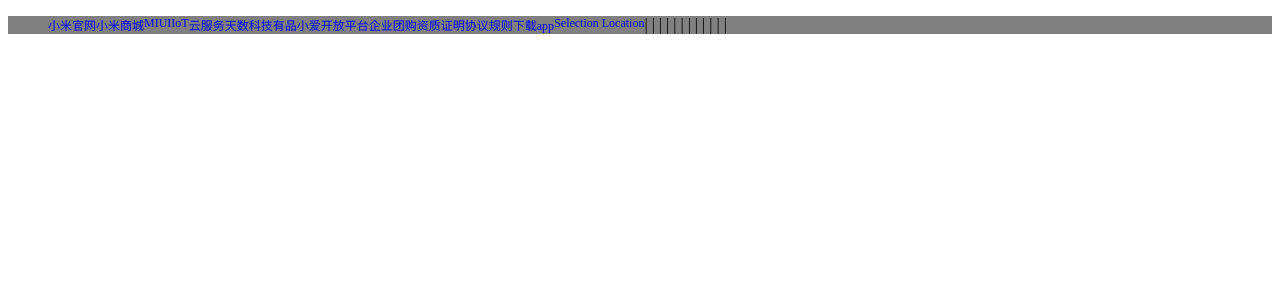
Repository: MonoYan/Mi-Homepage
Page: index.html
An editor plug-in stored every save of this project. The page is shown before and after a run of saves, followed by the edit.
The browser window is 1280 px wide. The pictures show the whole page.

Above is the page before, as saved 2022-11-22 16:25:29.

### index.html
<!DOCTYPE html>
<html lang="en">
<head>
    <meta charset="UTF-8">
    <meta http-equiv="X-UA-Compatible" content="IE=edge">
    <meta name="viewport" content="width=device-width, initial-scale=1.0">
    <link rel="stylesheet" type="text/css" href="/css/style.css">
    <title>
        小米商城 - Xiaomi 12、Redmi K50、MIX FOLD，小米电视官方网站
    </title>
</head>
<body>
    <!-- 黑色导航栏 -->
    <div class="container">
        <div class="topbar-nav">
            <ul>
                <li><a class="no-decoration" href="#">小米官网</a></li>
                <li></li><span class="sep">|</span>
                <li><a class="no-decoration" href="#">小米商城</a></li>
                <span class="sep">|</span>
                <li><a class="no-decoration" href="#">MIUI</a></li>
                <span class="sep">|</span>
                <li><a class="no-decoration" href="#">IoT</a></li>
                <span class="sep">|</span>
                <li><a class="no-decoration" href="#">云服务</a></li>
                <span class="sep">|</span>
                <li><a class="no-decoration" href="#">天数科技</a></li>
                <span class="sep">|</span>
                <li><a class="no-decoration" href="#">有品</a></li>
                <span class="sep">|</span>
                <li><a class="no-decoration" href="#">小爱开放平台</a></li>
                <span class="sep">|</span>
                <li><a class="no-decoration" href="#">企业团购</a></li>
                <span class="sep">|</span>
                <li><a class="no-decoration" href="#">资质证明</a></li>
                <span class="sep">|</span>
                <li><a class="no-decoration" href="#">协议规则</a></li>
                <span class="sep">|</span>
                <li><a class="no-decoration" href="#">下载app</a></li>
                <span class="sep">|</span>
                <li><a class="no-decoration" href="#">Selection Location</a></li>
            </ul>
        </div>

    </div>
    <!-- 站内导航 -->
    <nav>

    </nav>
    <!-- 轮播 -->
    <div>

    </div>
    <!-- 轮播下面的四个导航 -->
    <div>

    </div>
    <div>

    </div>
    <!-- main page -->
    <div>

    </div>
    <!-- footer-sever -->
    <div>

    </div>
    <!-- footer-link -->
    <div>

    </div>
    <footer>

    </footer>
</body>
</html>

### css/style.css
.topbar-nav li{
    list-style: none;
    float:left;
    font-family:'Times New Roman', Times, serif;
    font-size: 12px;
    color: #b0b0b0;

}
.no-decoration
{
    text-decoration: none;
}
.container
{
    background-color: gray;
}

After the next 2 saves:
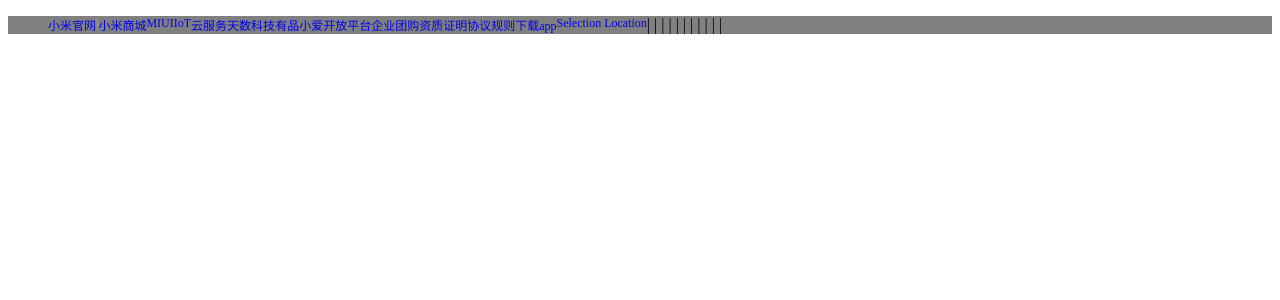
The 2 saves are shown as one change because they came seconds apart.
The last was saved 8 s later.
--- a/index.html
+++ b/index.html
@@ -15,7 +15,7 @@
         <div class="topbar-nav">
             <ul>
                 <li><a class="no-decoration" href="#">小米官网</a></li>
-                <li></li><span class="sep">|</span>
+                <li><span class="sep">|</span></li>
                 <li><a class="no-decoration" href="#">小米商城</a></li>
                 <span class="sep">|</span>
                 <li><a class="no-decoration" href="#">MIUI</a></li>
